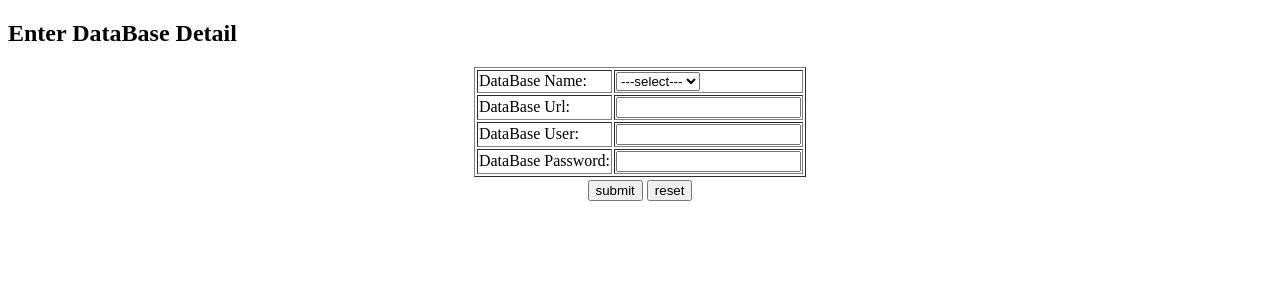
Repository: manish1905/MetaData_Details
Page: http://localhost/MetaData_Details/dbDetails
An editor plug-in stored every save of this project. The page is shown before and after the next save, followed by the edit.
The browser window is 1280 px wide. The pictures show the whole page.
The page is served by Tomcat 9.

Above is the page before, as saved 2018-12-28 10:36:28.

After the next save:
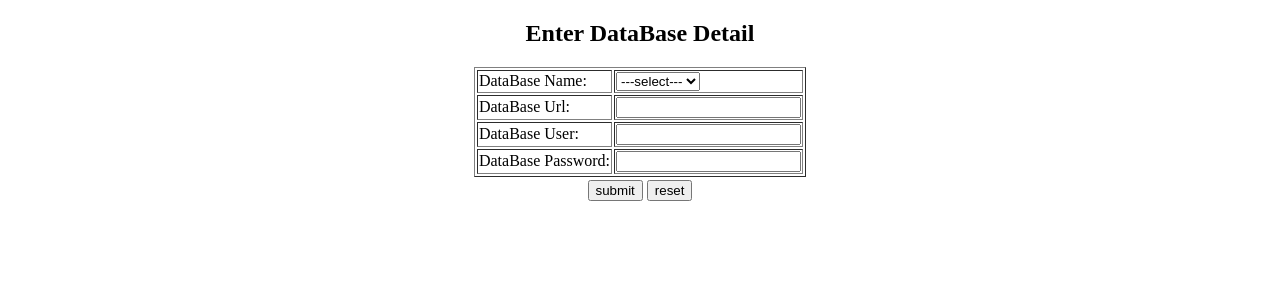
Saved 11 min 9 s later.
--- a/MetaData_Details/web/WEB-INF/jsps/dbDetail.jsp
+++ b/MetaData_Details/web/WEB-INF/jsps/dbDetail.jsp
@@ -40,7 +40,7 @@
 
 
 	<form:form method="POST" action="dbDetailSuccess" modelAttribute="dataBaseBean">
-	<h2>Enter DataBase Detail</h2>
+	<h2 align="center">Enter DataBase Detail</h2>
 	<table align="center" border="1">
 	<tr>
 	<td>DataBase Name:</td>
